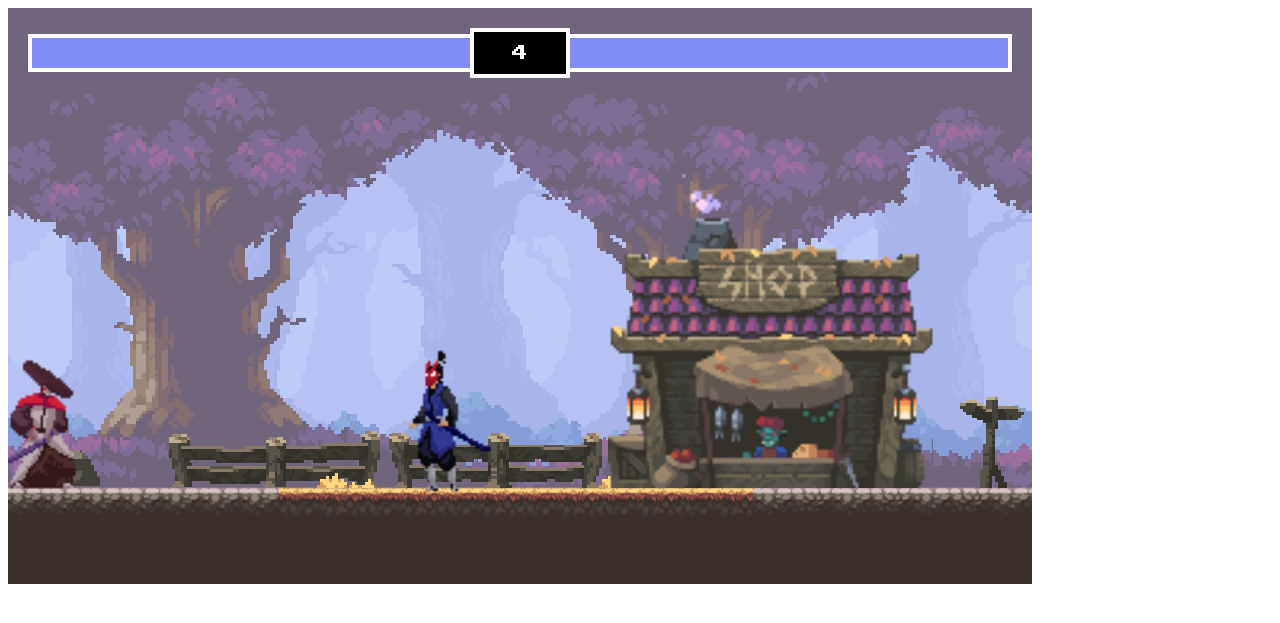
Repository: LuizAGDomingues/js-fighting-game
Page: index.html
These files come from the project's save history. The page is drawn as it stood at one moment and after the next save; the edit follows.
The browser window is 1280 px wide. The pictures show the whole page.

Above is the page before, as saved 2022-12-20 15:47:08.

After the next save:
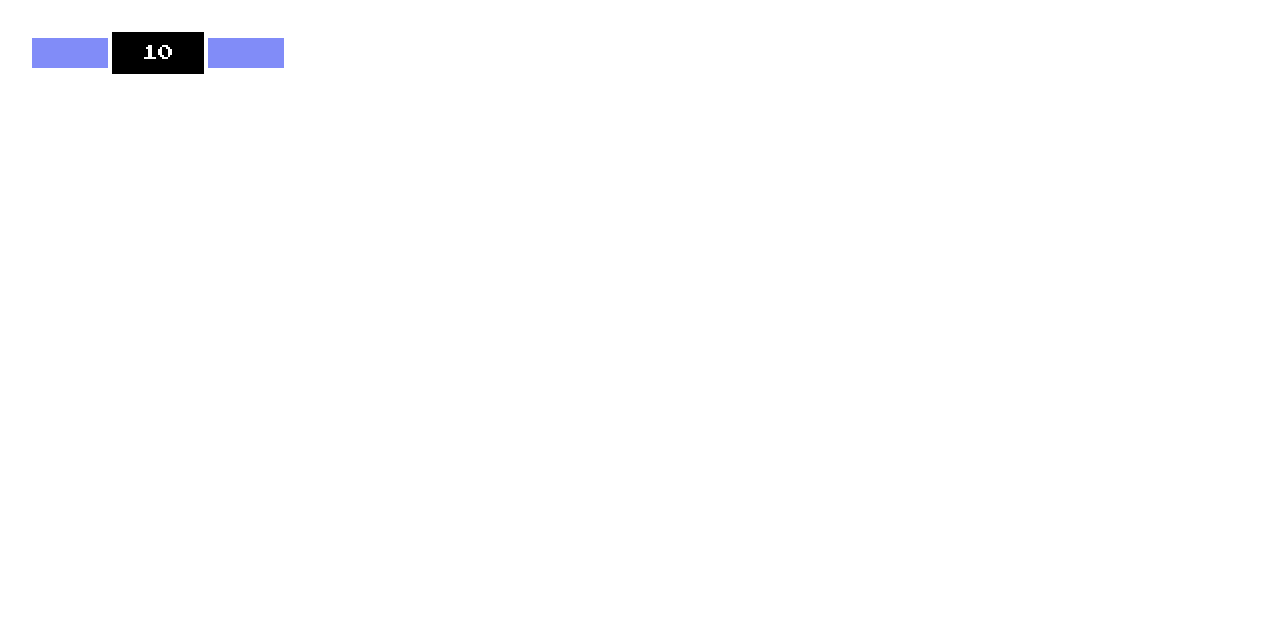
Console error: SyntaxError: Missing initializer in const declaration
Saved 7 s later.
--- a/src/main.js
+++ b/src/main.js
@@ -164,7 +164,7 @@
   }
 }
 
-decreaseTimer();
+const decreaseTimer();
 
 function animate() {
   window.requestAnimationFrame(animate)

After the save that followed:
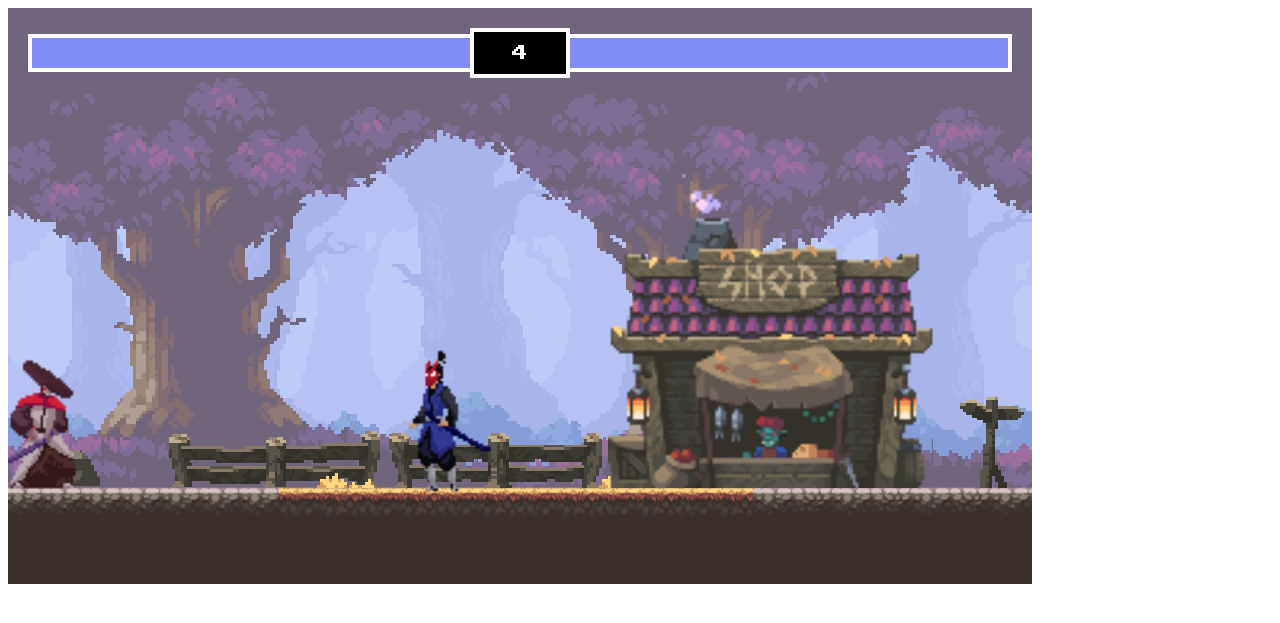
The error is gone.
Saved 4 s later.
--- a/src/main.js
+++ b/src/main.js
@@ -164,7 +164,7 @@
   }
 }
 
-const decreaseTimer();
+const timerEnd = decreaseTimer();
 
 function animate() {
   window.requestAnimationFrame(animate)
